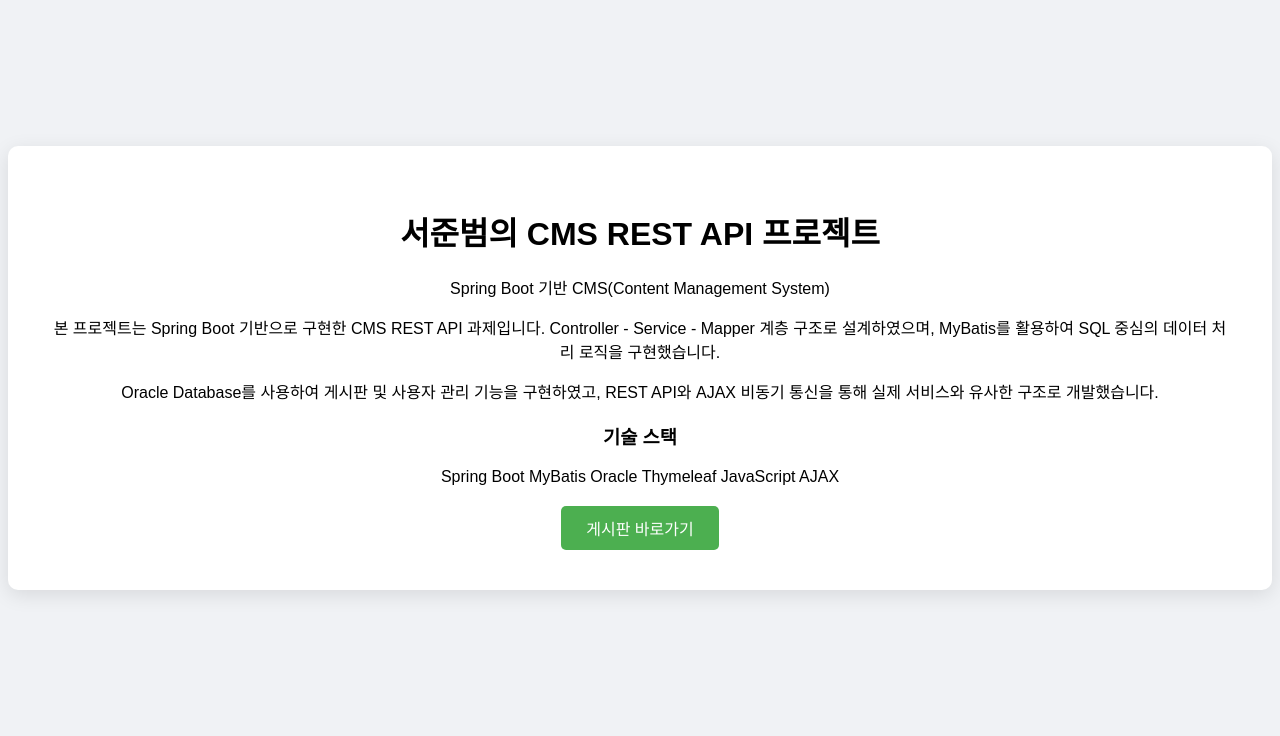
Repository: JunBeomSeo/CMS
Page: http://localhost/index
The author's editor kept a copy of each file at every save. The page is drawn from the files as they stood at one save, then again after the next save.
The browser window is 1280 px wide. The pictures show the whole page.
The page is this project's Thymeleaf template; nobody is signed in. The template is opened directly, without the code that normally fills it, so the values that code supplies are empty.

Above is the page before, as saved 2026-03-27 16:37:45.

After the next save:
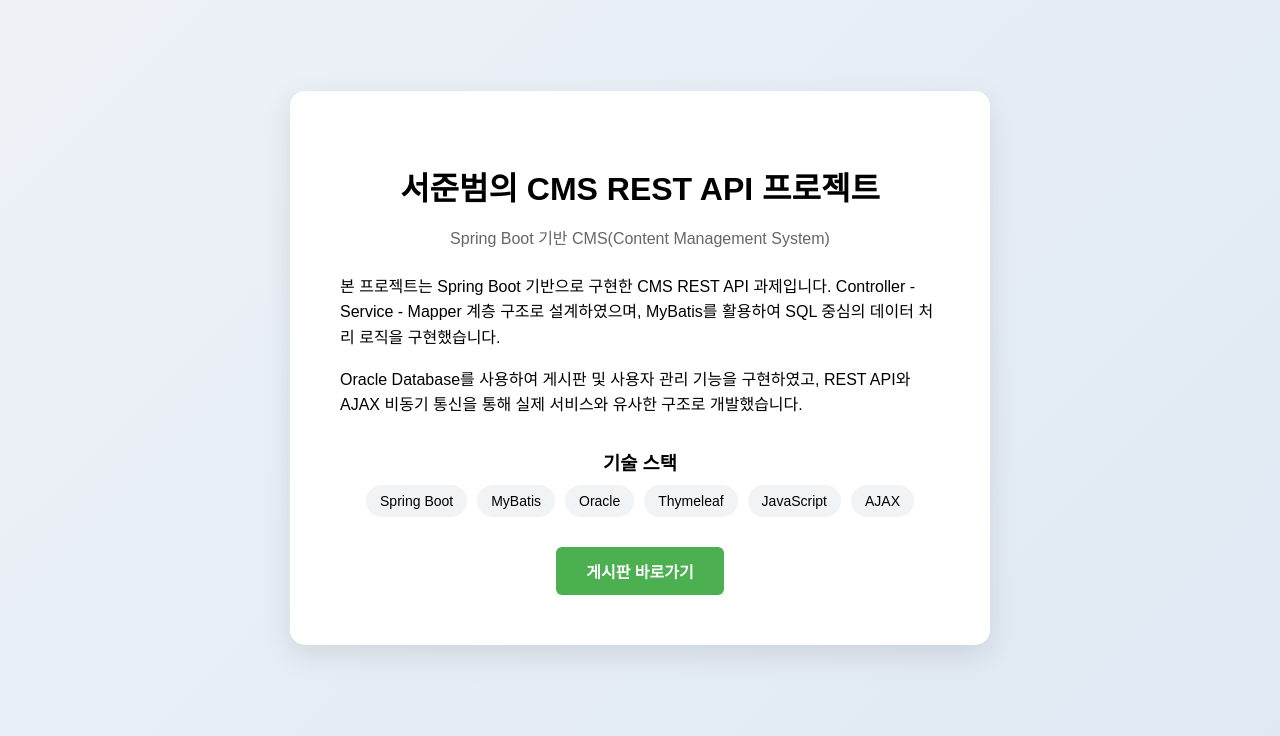
Saved 11 s later.
--- a/cms/src/main/resources/static/css/index.css
+++ b/cms/src/main/resources/static/css/index.css
@@ -1,7 +1,7 @@
 @charset "UTF-8";
 body {
     font-family: Arial, sans-serif;
-    background-color: #f0f2f5;
+    background: linear-gradient(135deg, #eef2f7, #dfe9f3);
     display: flex;
     justify-content: center;
     align-items: center;
@@ -14,19 +14,54 @@ body {
 
 .card {
     background-color: #fff;
-    padding: 40px;
-    border-radius: 10px;
-    box-shadow: 0 5px 20px rgba(0,0,0,0.1);
+    padding: 50px;
+    width: 600px;
+    border-radius: 15px;
+    box-shadow: 0 10px 30px rgba(0,0,0,0.1);
+}
+
+h1 {
+    margin-bottom: 10px;
+}
+
+.subtitle {
+    color: #666;
+    margin-bottom: 25px;
+}
+
+.description {
+    text-align: left;
+    line-height: 1.6;
+    margin-bottom: 30px;
+}
+
+.tech h3 {
+    margin-bottom: 10px;
+}
+
+.tech-list {
+    display: flex;
+    flex-wrap: wrap;
+    gap: 10px;
+    justify-content: center;
+}
+
+.tech-list span {
+    background-color: #f1f3f5;
+    padding: 8px 14px;
+    border-radius: 20px;
+    font-size: 14px;
 }
 
 .btn {
     display: inline-block;
-    margin-top: 20px;
-    padding: 10px 25px;
+    margin-top: 30px;
+    padding: 12px 30px;
     background-color: #4CAF50;
     color: white;
     text-decoration: none;
-    border-radius: 5px;
+    border-radius: 6px;
+    font-weight: bold;
 }
 
 .btn:hover {
